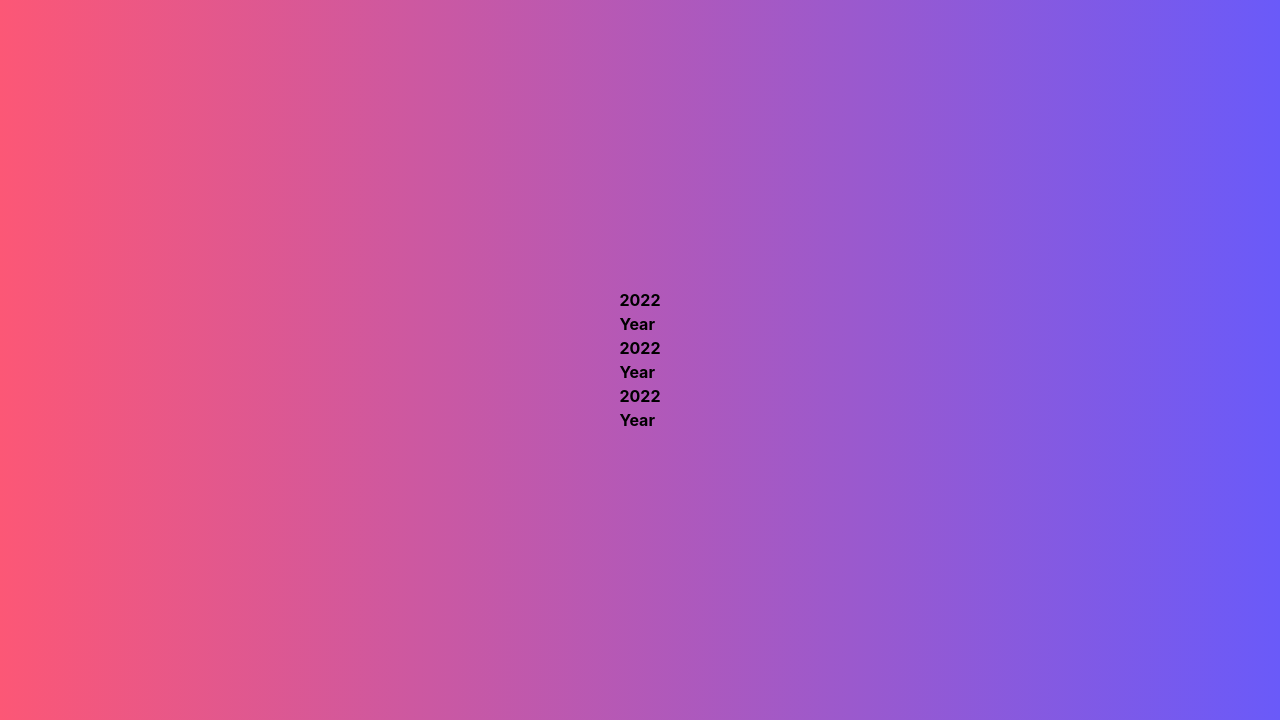
Repository: huynhsang96/bt_codegymHook
Page: /
An editor plug-in stored every save of this project. The page is shown before and after the next save, followed by the edit.
The browser window is 1280 px wide. The pictures show the whole page.
The project was rebuilt for these pictures with package versions that can differ from the ones it lists, and the page was loaded fresh each time.

Above is the page before, as saved 2022-04-29 16:30:41.

After the next save:
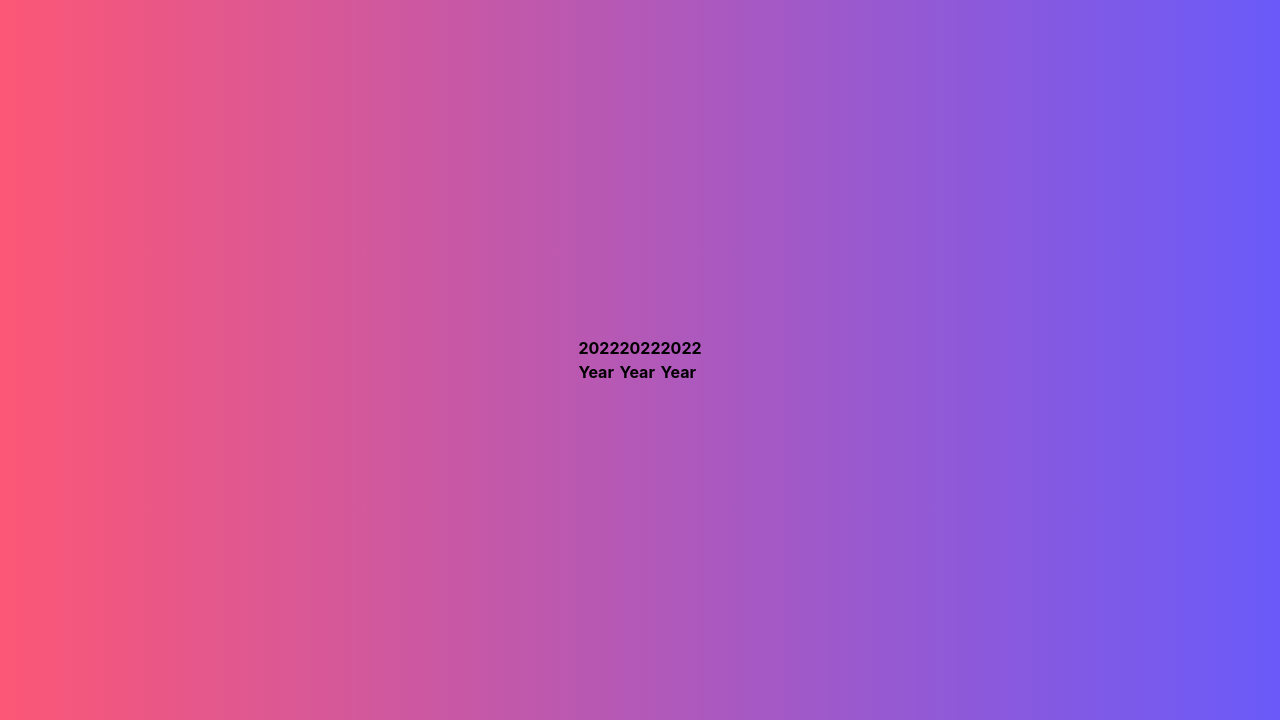
Saved 14 s later.
--- a/src/component/ClockHook/Clock.js
+++ b/src/component/ClockHook/Clock.js
@@ -19,7 +19,7 @@ const Clock = () => {
 
 	return (
 		<div className="p-5 w-full h-full mx-auto">
-			<ul className="">
+			<ul className="flex flex-row">
 				<li className="flex flex-col justify-center">
 					<span className="font-bold">{years}</span>
 					<span className="font-bold">Year</span>
